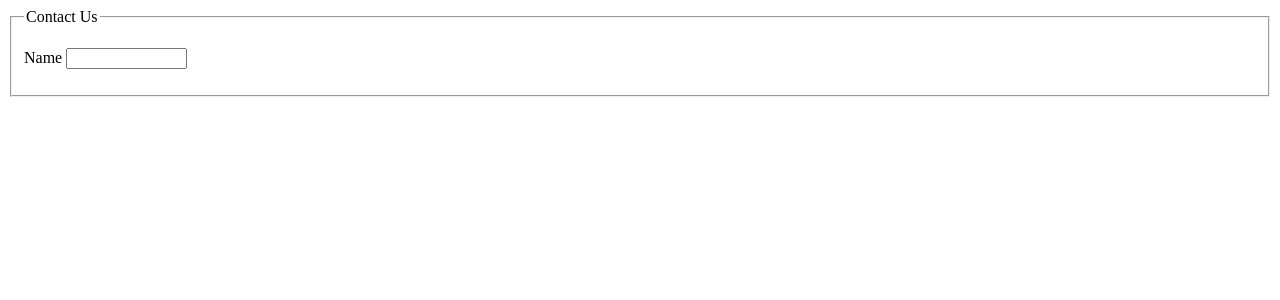
Repository: samuraijane/dc-builders
Page: week6/1-tuesday/homework/exercise2/index.html
An editor plug-in stored every save of this project. The page is shown before and after the next save, followed by the edit.
The browser window is 1280 px wide. The pictures show the whole page.

Above is the page before, as saved 2020-08-13 17:24:37.

After the next save:
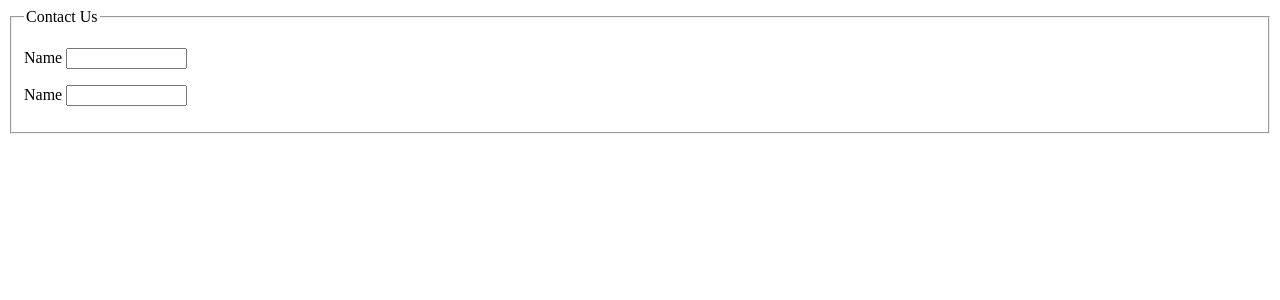
Saved 5 min 0 s later.
--- a/week6/1-tuesday/homework/exercise2/index.html
+++ b/week6/1-tuesday/homework/exercise2/index.html
@@ -17,6 +17,11 @@
         <input type="text" id="name" name="name" required
                 minlength="4" maxlength="10" size="12">
       </p>
+      <p>
+        <label for="name"> Name </label>
+        <input type="text" id="name" name="name" required
+                minlength="4" maxlength="10" size="12">
+      </p>
 
 
 
